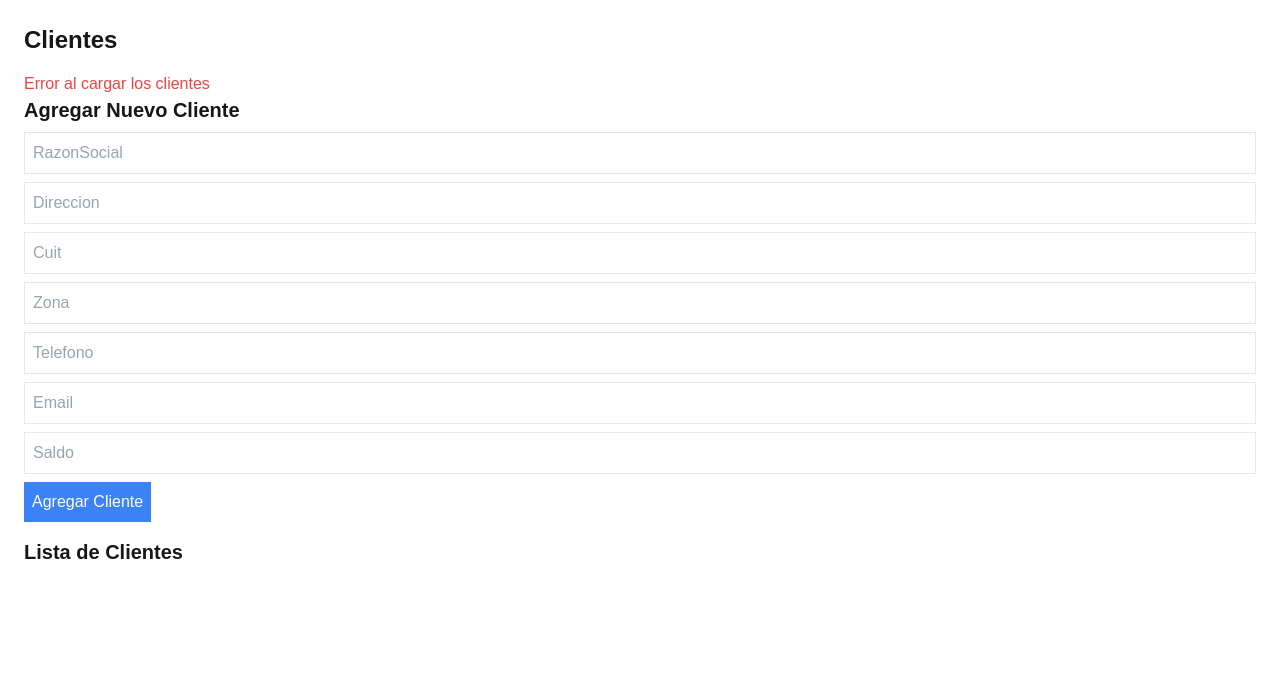
Repository: manucavallera/Sistema-Gestion
Page: /clientes
An editor plug-in stored every save of this project. The page is shown before and after the next save, followed by the edit.
The browser window is 1280 px wide. The pictures show the whole page.
The page's requests for data from a server got no answer. The project was rebuilt for these pictures with package versions that can differ from the ones it lists, and the page was loaded fresh each time. The framework's server and built-in components were replaced by stand-ins that run in the browser. No one was signed in, and anything a server would have sent is missing. Also part of the build but not shown: next.config.mjs.

Above is the page before, as saved 2024-11-20 18:33:00.

### src/app/clientes/page.tsx
"use client"; // Asegúrate de que este es el primer código en el archivo

import { useEffect, useState } from "react";
import { useRouter } from "next/navigation";

interface Cliente {
  id: number;
  razonSocial: string;
  direccion: string;
  cuit: string;
  zona: string;
  telefono?: string;
  email?: string;
  saldo: number;
}

const ClientesPage = () => {
  const [clientes, setClientes] = useState<Cliente[]>([]);
  const [clienteActual, setClienteActual] = useState<Partial<Cliente> | null>(
    null
  );
  const [error, setError] = useState<string | null>(null);
  const router = useRouter();

  useEffect(() => {
    const fetchClientes = async () => {
      try {
        const response = await fetch("/api/clientes");
        if (!response.ok) throw new Error("Error al obtener clientes");
        setClientes(await response.json());
      } catch (error) {
        console.error(error);
        setError("Error al cargar los clientes");
      }
    };

    fetchClientes();
  }, []);

  const handleSubmit = async (e: React.FormEvent) => {
    e.preventDefault();
    setError(null);

    const method = clienteActual?.id ? "PUT" : "POST";
    const url = clienteActual?.id
      ? `/api/clientes/${clienteActual.id}`
      : "/api/clientes";

    try {
      const response = await fetch(url, {
        method,
        headers: { "Content-Type": "application/json" },
        body: JSON.stringify(clienteActual),
      });

      if (!response.ok)
        throw new Error(
          await response
            .json()
            .then((data) => data.error || "Error al guardar el cliente")
        );

      const clienteGuardado = await response.json();
      setClientes((prev) =>
        method === "POST"
          ? [...prev, clienteGuardado]
          : prev.map((cliente) =>
              cliente.id === clienteGuardado.id ? clienteGuardado : cliente
            )
      );
      setClienteActual(null);
    } catch (error) {
      console.error(error);
      setError(error instanceof Error ? error.message : "Error desconocido");
    }
  };

  const eliminarCliente = async (id: number) => {
    if (confirm("¿Estás seguro de que deseas eliminar este cliente?")) {
      try {
        const response = await fetch(`/api/clientes/${id}`, {
          method: "DELETE",
        });
        if (!response.ok)
          throw new Error(
            await response
              .json()
              .then((data) => data.error || "Error al eliminar el cliente")
          );
        setClientes((prev) => prev.filter((cliente) => cliente.id !== id));
      } catch (error) {
        console.error(error);
        setError(error instanceof Error ? error.message : "Error desconocido");
      }
    }
  };

  const editarCliente = (cliente: Cliente) => setClienteActual(cliente);

  return (
    <div className='p-6'>
      <h1 className='text-2xl font-bold mb-4'>Clientes</h1>
      {error && <p className='text-red-500'>{error}</p>}
      <h2 className='text-xl font-semibold mb-2'>
        {clienteActual ? "Editar Cliente" : "Agregar Nuevo Cliente"}
      </h2>
      <form onSubmit={handleSubmit} className='mb-4'>
        {[
          "razonSocial",
          "direccion",
          "cuit",
          "zona",
          "telefono",
          "email",
          "saldo",
        ].map((field, index) => (
          <input
            key={index}
            type={
              field === "saldo"
                ? "number"
                : field === "email"
                ? "email"
                : "text"
            }
            placeholder={field.charAt(0).toUpperCase() + field.slice(1)}
            value={clienteActual?.[field as keyof Cliente] || ""}
            onChange={(e) =>
              setClienteActual({
                ...clienteActual,
                [field]:
                  field === "saldo" ? Number(e.target.value) : e.target.value,
              })
            }
            required={field !== "telefono" && field !== "email"}
            className='border p-2 mb-2 w-full'
          />
        ))}
        <button type='submit' className='bg-blue-500 text-white p-2'>
          {clienteActual ? "Actualizar Cliente" : "Agregar Cliente"}
        </button>
      </form>

      <h2 className='text-xl font-semibold mb-2'>Lista de Clientes</h2>
      <ul>
        {clientes.map((cliente) => (
          <li
            key={cliente.id}
            className='flex justify-between items-center mb-2'
          >
            <div>
              <strong>{cliente.razonSocial}</strong> - {cliente.cuit} -{" "}
              {cliente.zona} - Teléfono: {cliente.telefono} - Saldo: $
              {cliente.saldo}
            </div>
            <div>
              <button
                onClick={() => editarCliente(cliente)}
                className='bg-yellow-500 text-white p-1 mr-2'
              >
                Editar
              </button>
              <button
                onClick={() => eliminarCliente(cliente.id)}
                className='bg-red-500 text-white p-1'
              >
                Eliminar
              </button>
            </div>
          </li>
        ))}
      </ul>
    </div>
  );
};

export default ClientesPage;

Loaded but not shown: src/app/layout.tsx (common file); src/app/globals.css (common file); tailwind.config.ts (common file)

After the next save:
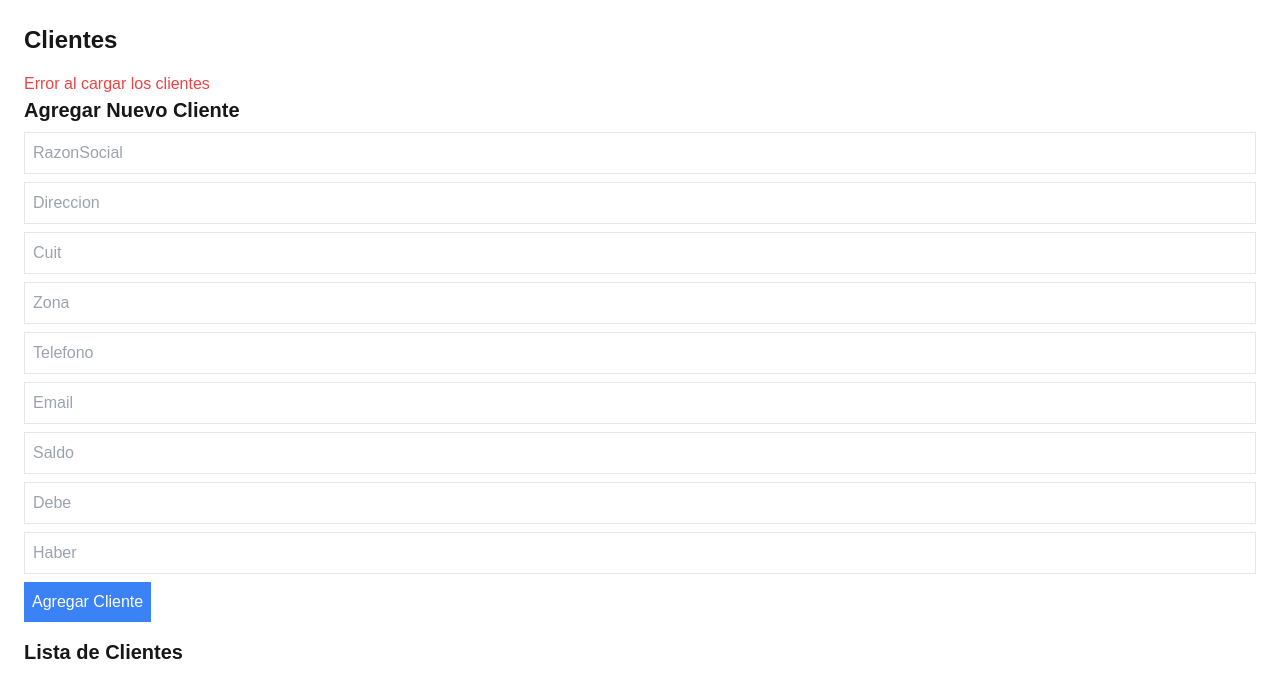
Saved 103 s later.
--- a/src/app/clientes/page.tsx
+++ b/src/app/clientes/page.tsx
@@ -12,6 +12,8 @@ interface Cliente {
   telefono?: string;
   email?: string;
   saldo: number;
+  debe: number; // Nuevo campo
+  haber: number; // Nuevo campo
 }
 
 const ClientesPage = () => {
@@ -20,7 +22,6 @@ const ClientesPage = () => {
     null
   );
   const [error, setError] = useState<string | null>(null);
-  const router = useRouter();
 
   useEffect(() => {
     const fetchClientes = async () => {
@@ -113,11 +114,13 @@ const ClientesPage = () => {
           "telefono",
           "email",
           "saldo",
+          "debe", // Agregado
+          "haber", // Agregado
         ].map((field, index) => (
           <input
             key={index}
             type={
-              field === "saldo"
+              field === "saldo" || field === "debe" || field === "haber"
                 ? "number"
                 : field === "email"
                 ? "email"
@@ -129,7 +132,9 @@ const ClientesPage = () => {
               setClienteActual({
                 ...clienteActual,
                 [field]:
-                  field === "saldo" ? Number(e.target.value) : e.target.value,
+                  field === "saldo" || field === "debe" || field === "haber"
+                    ? Number(e.target.value)
+                    : e.target.value,
               })
             }
             required={field !== "telefono" && field !== "email"}
@@ -151,7 +156,7 @@ const ClientesPage = () => {
             <div>
               <strong>{cliente.razonSocial}</strong> - {cliente.cuit} -{" "}
               {cliente.zona} - Teléfono: {cliente.telefono} - Saldo: $
-              {cliente.saldo}
+              {cliente.saldo} - Debe: ${cliente.debe} - Haber: ${cliente.haber}
             </div>
             <div>
               <button
